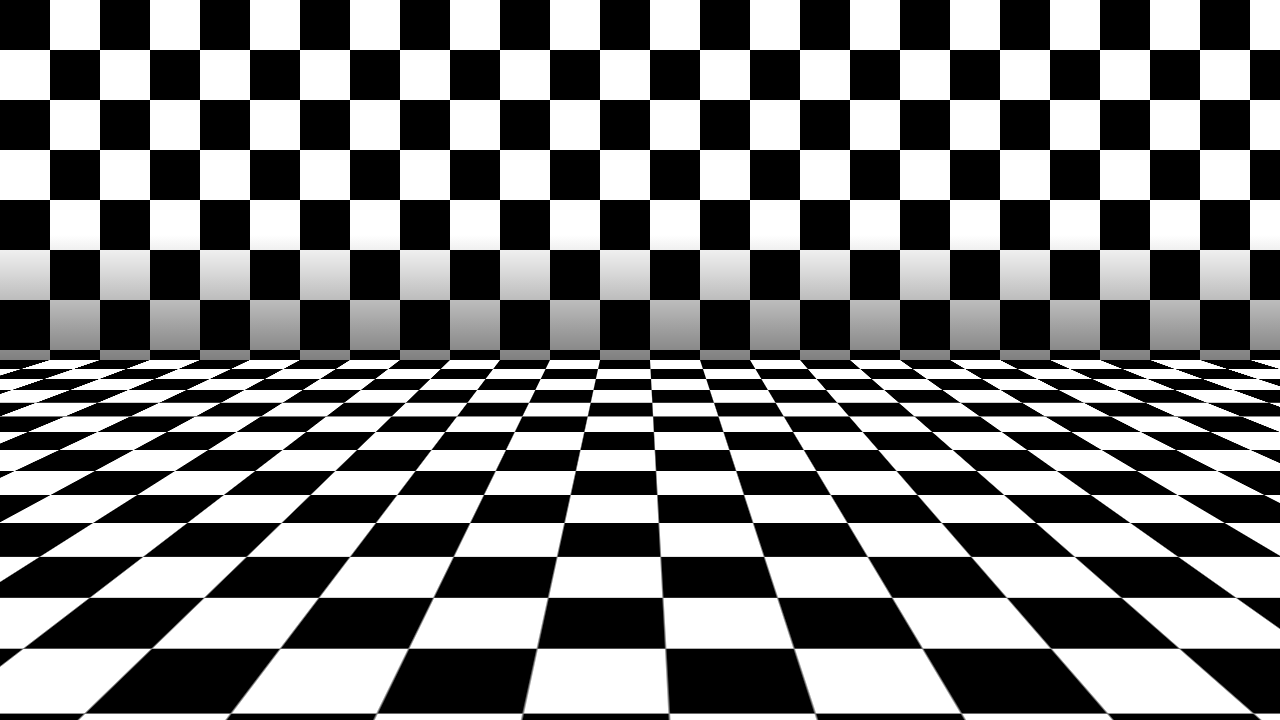
Repository: atwesson/portfoilo
Page: index.html
These files come from the project's save history. The page is drawn as it stood at one moment and after the next save; the edit follows.
The browser window is 1280 px wide. The pictures show the whole page.

Above is the page before, as saved 2021-11-17 10:20:59.

After the next save:
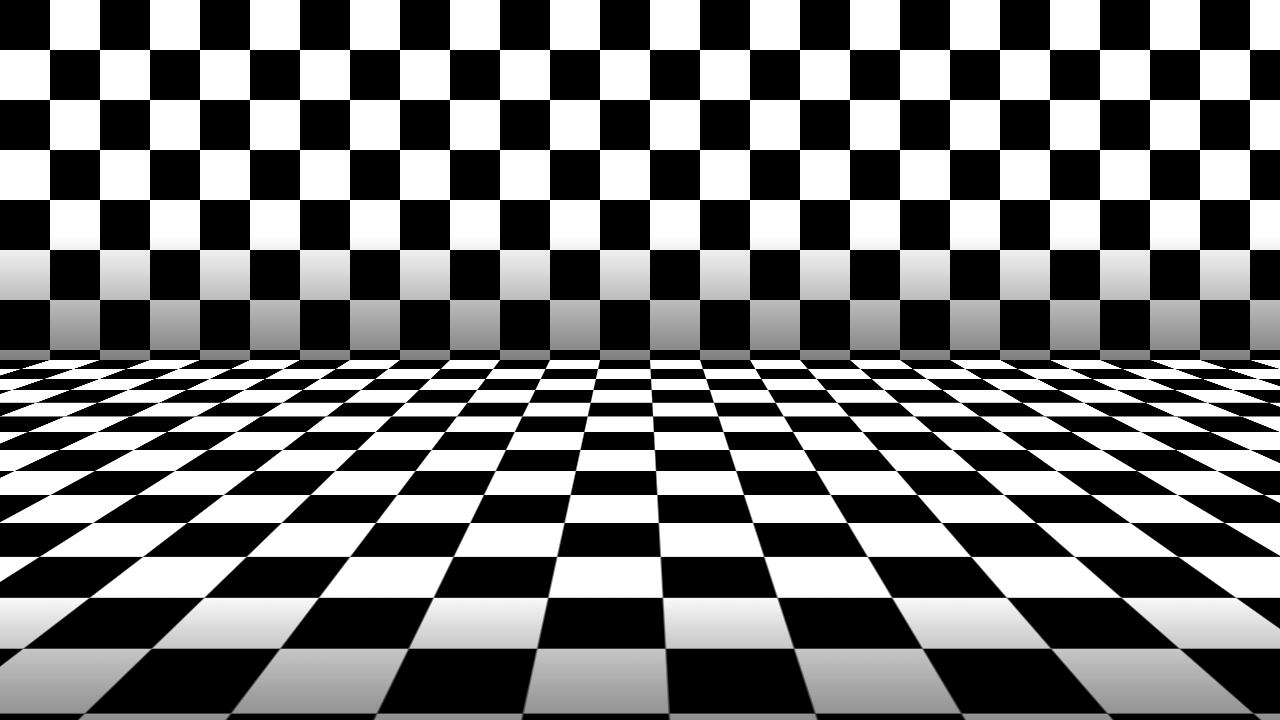
Saved 5 s later.
--- a/style.css
+++ b/style.css
@@ -43,7 +43,7 @@ section{
     background: linear-gradient(0deg,rgba(0,0,0,0.5), transparent);
 }
 
-.pattern .face1:before{
+.pattern .face2:before{
     content: '';
     position: absolute;
     bottom: 0;
